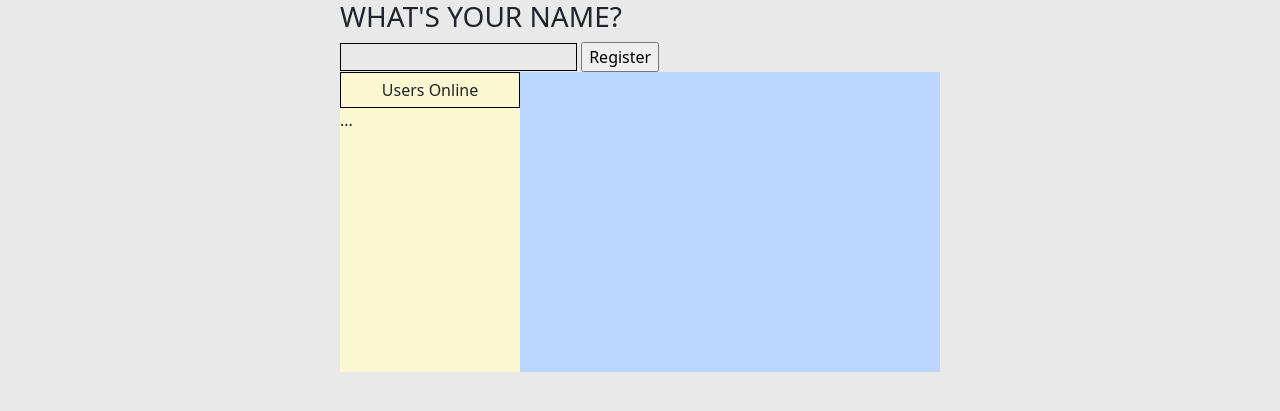
Repository: haimy125/demo_chat
Page: http://localhost/
These files come from the project's save history. The page is drawn as it stood at one moment and after the next save; the edit follows.
The browser window is 1280 px wide. The pictures show the whole page.
The page is served by the project's Node server (DEMO_CHAT_SOCKETIO/SERVER.js).

Above is the page before, as saved 2021-08-29 15:32:56.

### DEMO_CHAT_SOCKETIO/views/trangchu.ejs
<!DOCTYPE html>
<html lang="en">

<head>
    <meta charset="UTF-8">
    <meta http-equiv="X-UA-Compatible" content="IE=edge">
    <meta name="viewport" content="width=device-width, initial-scale=1.0">
    <title>demo chat</title>
    <link href="https://cdn.jsdelivr.net/npm/bootstrap@5.0.2/dist/css/bootstrap.min.css" rel="stylesheet" integrity="sha384-EVSTQN3/azprG1Anm3QDgpJLIm9Nao0Yz1ztcQTwFspd3yD65VohhpuuCOmLASjC" crossorigin="anonymous">
    <script src="https://cdn.jsdelivr.net/npm/@popperjs/core@2.9.2/dist/umd/popper.min.js" integrity="sha384-IQsoLXl5PILFhosVNubq5LC7Qb9DXgDA9i+tQ8Zj3iwWAwPtgFTxbJ8NT4GN1R8p" crossorigin="anonymous"></script>
    <script src="https://cdn.jsdelivr.net/npm/bootstrap@5.0.2/dist/js/bootstrap.min.js" integrity="sha384-cVKIPhGWiC2Al4u+LWgxfKTRIcfu0JTxR+EQDz/bgldoEyl4H0zUF0QKbrJ0EcQF" crossorigin="anonymous"></script>

    <script src="jquery.js"></script>
    <script src="socket.io/socket.io.js"></script>
    <link rel="stylesheet" href="layout.css">
    <script src="xuly.js">
    </script>
</head>

<body>
    <div class="container">
        <div id="wrapper">
            <div id="loginForm">
                <h3>WHAT'S YOUR NAME?</h3>
                <input type="text" id="txtUsername">
                <input type="button" value="Register" id="btnRegister" />
            </div>
            <div id="chatForm">
                <div id="left">
                    <div id="boxTitle">Users Online</div>
                    <div id="boxContent">...</div>
                </div>
                <div id="right">

                </div>
            </div>
        </div>
    </div>
</body>

</html>

### DEMO_CHAT_SOCKETIO/SERVER.js
var express = require('express'); //phai require thu vien express moi chay
var app = express(); //khai bao server
app.use(express.static("public")); //can file js, css nen khai bao the nay de all file trong public la khach hang truy cap duoc het

app.set("view engine", "ejs"); //
app.set("views", "./views");
var server = require('http').Server(app); //dựng server
var io = require('socket.io')(server);
server.listen(3000);


app.get('/', function(req, res) {
    res.render('trangchu');
});

### DEMO_CHAT_SOCKETIO/public/layout.css
body {
    background-color: #e9e9e9;
}

#wrapper {
    width: 600px;
    margin: 0 auto;
}

#txtUsername {
    background-color: transparent;
    border: solid 1px black;
    /* border-width: 0 0 1 0; */
}

#left,
#right {
    min-height: 300px;
}

#left {
    width: 30%;
    float: left;
    background-color: #fcf8d1;
}

#right {
    width: 70%;
    float: right;
    background-color: #bad5fe;
}

#boxTitle {
    border: solid 1px black;
    padding: 5px;
    text-align: center;
}

### DEMO_CHAT_SOCKETIO/public/xuly.js
$(document).ready(function() {
    // alert('a');
});

Loaded but not shown: DEMO_CHAT_SOCKETIO/public/jquery.js (library)

After the next save:
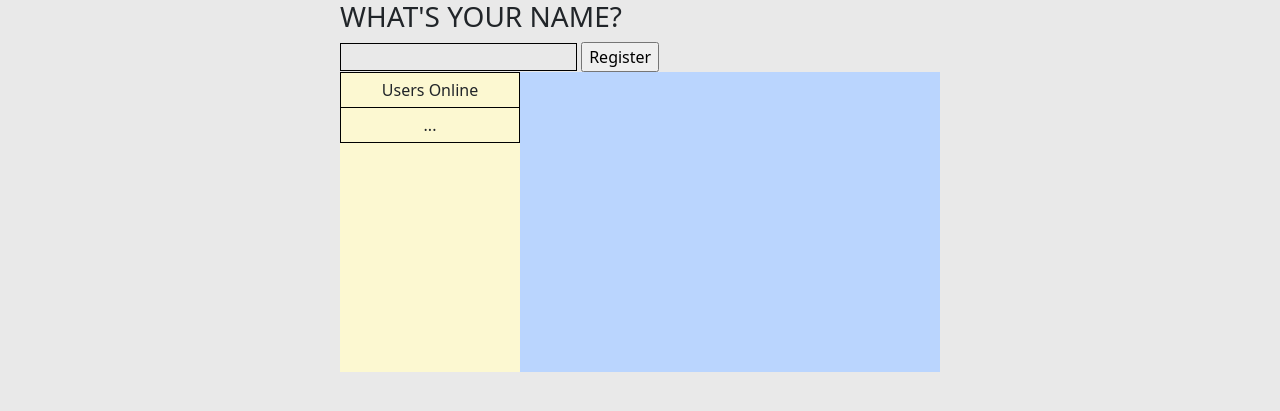
Saved 45 s later.
--- a/DEMO_CHAT_SOCKETIO/public/layout.css
+++ b/DEMO_CHAT_SOCKETIO/public/layout.css
@@ -35,3 +35,10 @@ body {
     padding: 5px;
     text-align: center;
 }
+
+#boxContent {
+    border: solid 1px black;
+    border-top: none;
+    padding: 5px;
+    text-align: center;
+}
